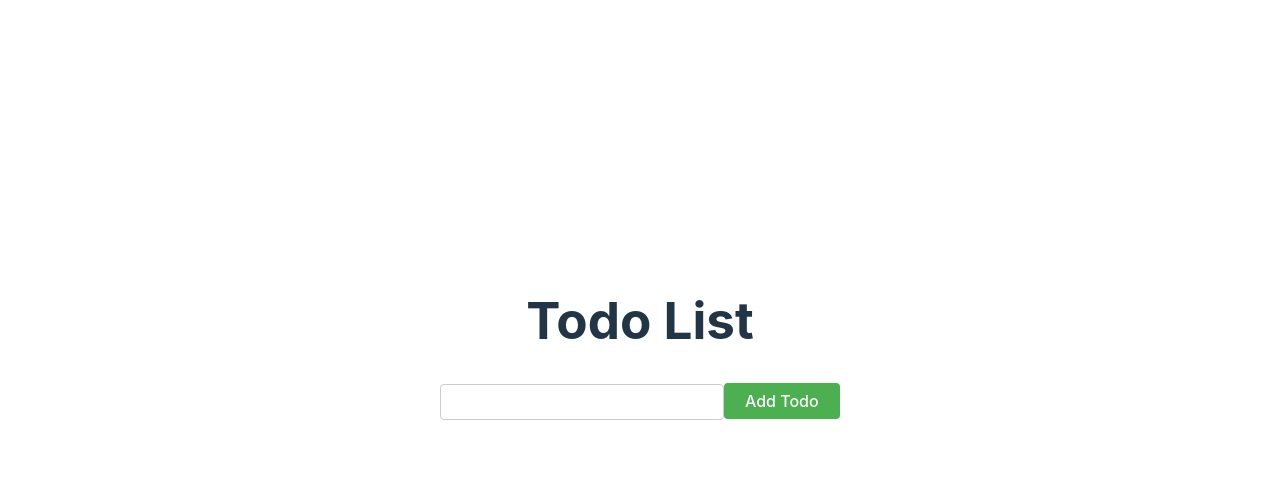
Repository: sinchana-p-iVoyant/mobx-todo
Page: /
The author's editor kept a copy of each file at every save. The page is drawn from the files as they stood at one save, then again after the next save.
The browser window is 1280 px wide. The pictures show the whole page.
The project was rebuilt for these pictures with package versions that can differ from the ones it lists, and the page was loaded fresh each time. Also part of the build but not shown: vite.config.js.

Above is the page before, as saved 2024-03-07 02:31:38.

After the next save:
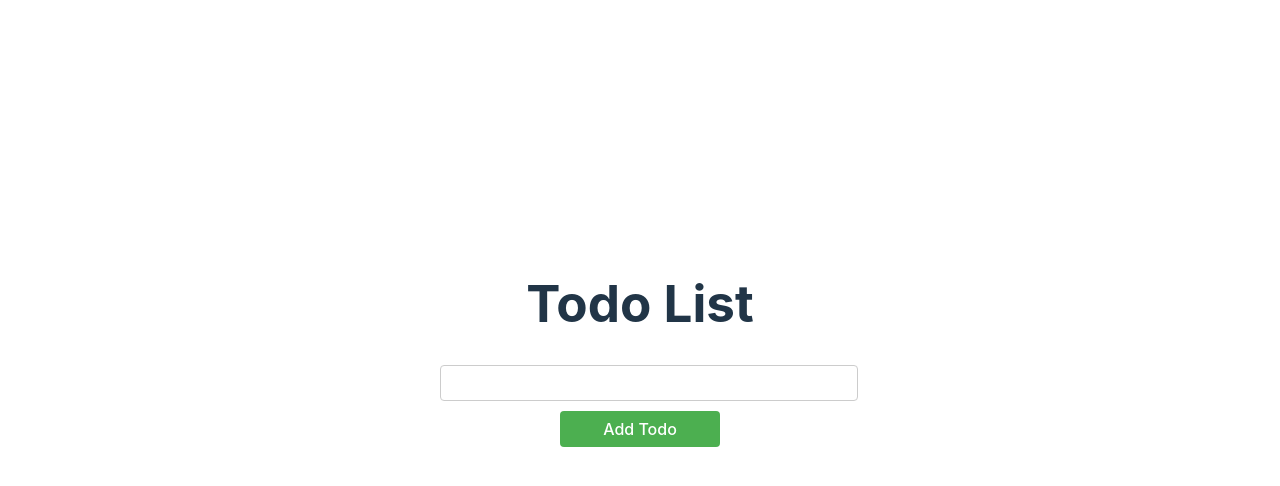
Saved 49 s later.
--- a/src/TodoList.jsx
+++ b/src/TodoList.jsx
@@ -40,36 +40,30 @@ const TodoList = () => {
 
   return (
     <div className="todo-list-container">
-      <div className='input-container'>
-        <input
-            className="todo-input"
-            type="text"
-            value={newTodoText}
-            onChange={(e) => setNewTodoText(e.target.value)}
-        />
-        <button className="todo-button" onClick={handleAddTodo}>Add Todo</button>
-      </div>
+      <input
+        className="todo-input"
+        type="text"
+        value={newTodoText}
+        onChange={(e) => setNewTodoText(e.target.value)}
+      />
+      <button className="todo-button" onClick={handleAddTodo}>Add Todo</button>
       <ul className="todo-list">
         {todoStore.todos.map((todo) => (
           <li key={todo.id} className="todo-item">
-            {editingTodoId === todo.id ? (
-              <>
-                <input
-                  className="todo-input"
-                  type="text"
-                  value={editedTodoText}
-                  onChange={(e) => setEditedTodoText(e.target.value)}
-                />
-                <button className="todo-button edit-button" onClick={() => handleSaveEditedTodo(todo.id)}>Save</button>
-                <button className="todo-button cancel-button" onClick={handleCancelEditTodo}>Cancel</button>
-              </>
-            ) : (
-              <>
-                <span>{todo.text}</span>
-                <button className="todo-button edit-button" onClick={() => handleStartEditTodo(todo.id, todo.text)}>Edit</button>
-              </>
-            )}
-            <button className="todo-button delete-button" onClick={() => handleDeleteTodo(todo.id)}>Delete</button>
+            <span className="todo-text">{todo.text}</span>
+            <div className="todo-buttons">
+              {editingTodoId === todo.id ? (
+                <>
+                  <button className="todo-button edit-button" onClick={() => handleSaveEditedTodo(todo.id)}>Save</button>
+                  <button className="todo-button cancel-button" onClick={handleCancelEditTodo}>Cancel</button>
+                </>
+              ) : (
+                <>
+                  <button className="todo-button edit-button" onClick={() => handleStartEditTodo(todo.id, todo.text)}>Edit</button>
+                </>
+              )}
+              <button className="todo-button delete-button" onClick={() => handleDeleteTodo(todo.id)}>Delete</button>
+            </div>
           </li>
         ))}
       </ul>
